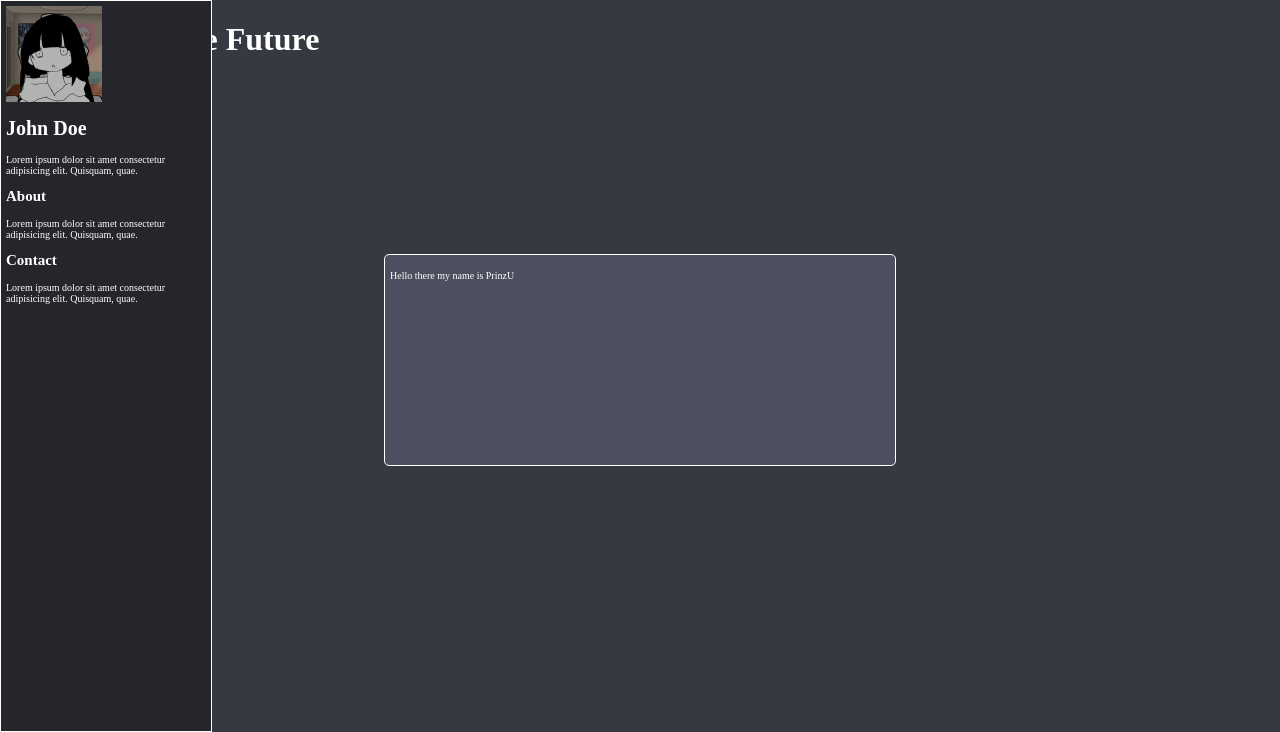
Repository: PrinzAI/PrinzAI.github.io
Page: index.html
The author's editor kept a copy of each file at every save. The page is drawn from the files as they stood at one save, then again after the next save.
The browser window is 1280 px wide. The pictures show the whole page.
Some web fonts or font styles are not loaded; a fallback is used.

Above is the page before, as saved 2022-10-19 11:16:04.

After the next save:
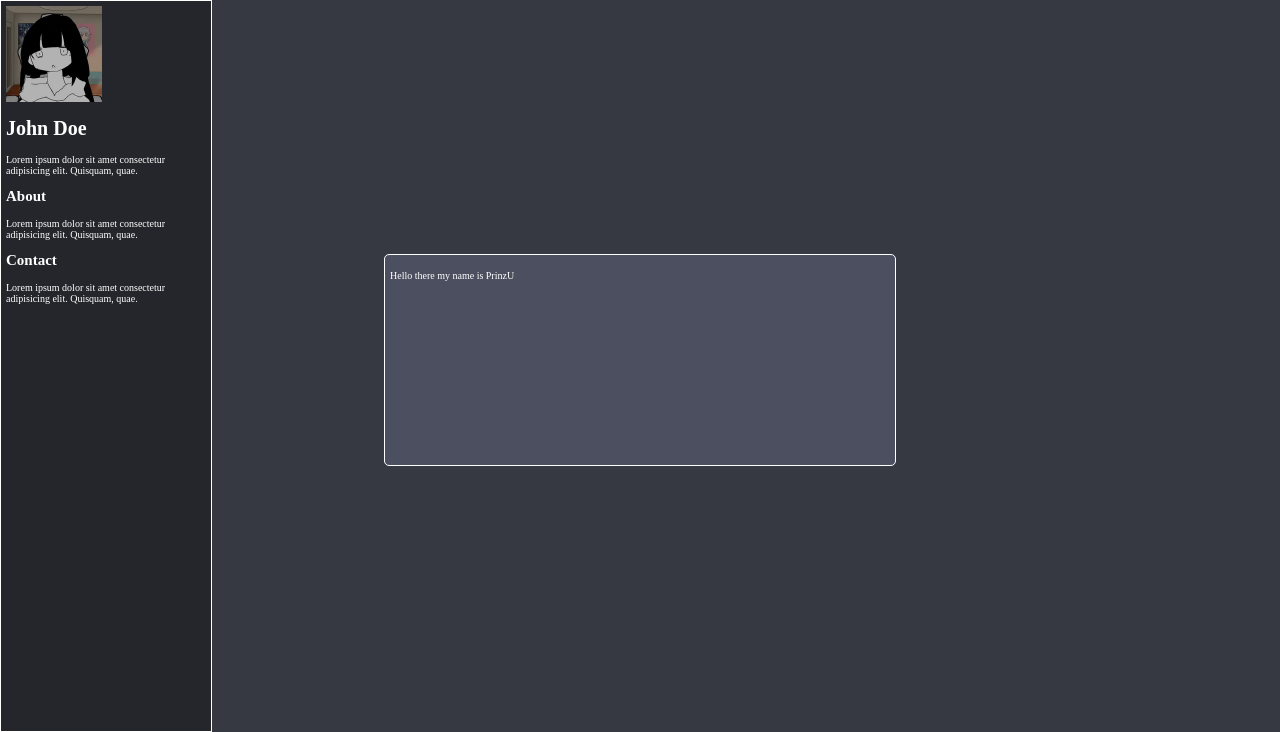
Saved 87 s later.
--- a/index.html
+++ b/index.html
@@ -28,9 +28,7 @@
             <p>Lorem ipsum dolor sit amet consectetur adipisicing elit. Quisquam, quae.</p>
         </div>
     </div>
-    <h1>
-        <span class="first-letter">W</span>elcome to the Future
-    </h1>
+
     <div class="first-container">
         <p>Hello there my name is PrinzU</p>
     </div>
